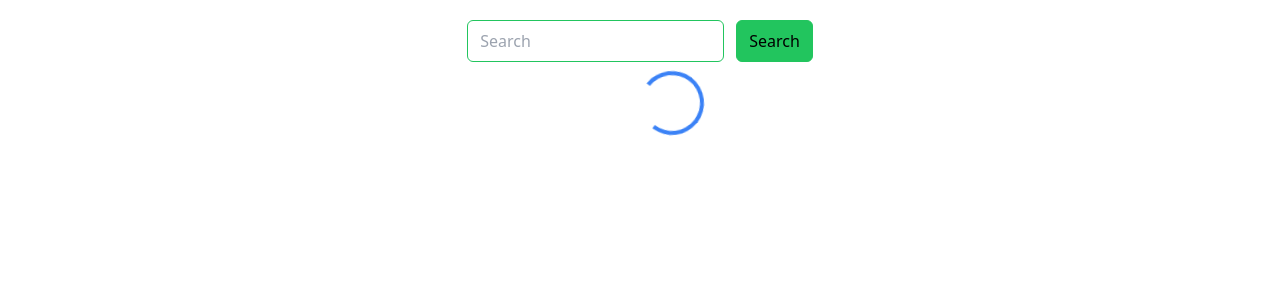
Repository: kimhieu153255/Image-search-app
Page: /
The author's editor kept a copy of each file at every save. The page is drawn from the files as they stood at one save, then again after the next save.
The browser window is 1280 px wide. The pictures show the whole page.
The project was rebuilt for these pictures with package versions that can differ from the ones it lists, and the page was loaded fresh each time. Also part of the build but not shown: vite.config.js, src/Components/Button/Loadmore.jsx, src/Components/Card/Card.jsx.

Above is the page before, as saved 2023-10-26 20:29:50.

After the next save:
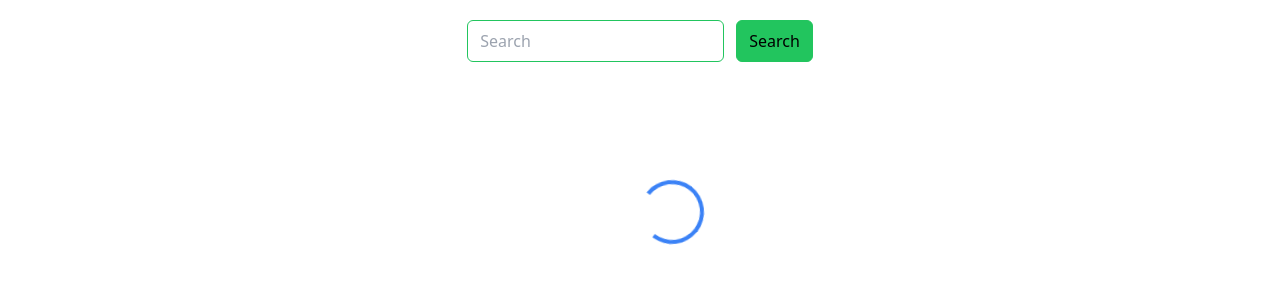
Saved 4 s later.
--- a/src/App.jsx
+++ b/src/App.jsx
@@ -13,7 +13,7 @@ function App() {
         <Loadmore></Loadmore>
       </div>
       {isLoading && (
-        <div className="inset-0 absolute top-10">
+        <div className="inset-0 absolute top-40">
           <div className="inline-block h-16 w-16 animate-spin rounded-full border-4 border-solid border-r-transparent align-[-0.125em] text-secondary motion-reduce:animate-[spin_1.5s_linear_infinite] border-blue-500 absolute top-1/2 left-1/2 backdrop-blur-[2px]">
             <span className="!absolute !-m-px !h-px !w-px !overflow-hidden !whitespace-nowrap !border-0 !p-0 ![clip:rect(0,0,0,0)]"></span>
           </div>
